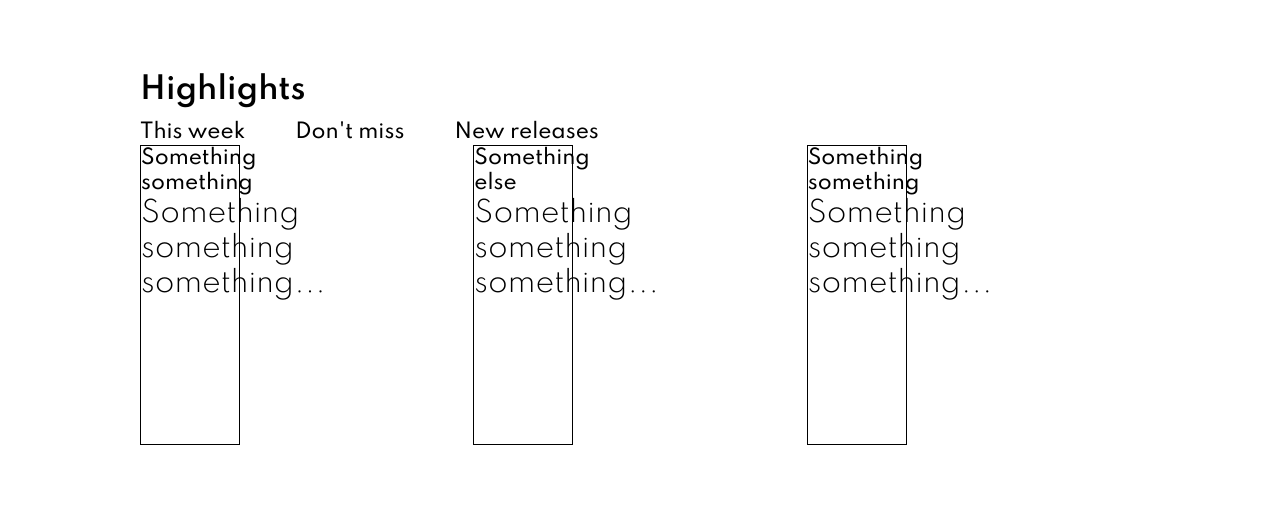
Repository: vvogt/fameworks_vv
Page: /
These files come from the project's save history. The page is drawn as it stood at one moment and after the next save; the edit follows.
The browser window is 1280 px wide. The pictures show the part of the page from y = 607 to 1112 px (the page is 1112 px tall).
Pictures or frames that could not be fetched are drawn as grey boxes. The project was rebuilt for these pictures with package versions that can differ from the ones it lists, and the page was loaded fresh each time. Also part of the build but not shown: src/components/NotFound.js. Imported but missing from the stored project, and not drawn on this page: src/assets/videos/seald_fullhd.mp4.

Above is the page before, as saved 2020-04-10 22:42:10.

### public/index.html
<!DOCTYPE html>
<html lang="en">
  <head>
    <meta charset="utf-8" />
    <link rel="icon" href="%PUBLIC_URL%/favicon.ico" />
    <link href="https://fonts.googleapis.com/css2?family=Spartan:wght@200;300;400;500;531;600;700;800;900&display=swap"
      rel="stylesheet">
    <meta name="viewport" content="width=device-width, initial-scale=1" />
    <meta name="theme-color" content="#000000" />
    <meta
      name="description"
      content="Web site created using create-react-app"
    />
    <!--
      manifest.json provides metadata used when your web app is installed on a
      user's mobile device or desktop. See https://developers.google.com/web/fundamentals/web-app-manifest/
    -->
    <link rel="manifest" href="%PUBLIC_URL%/manifest.json" />
    <!--
      Notice the use of %PUBLIC_URL% in the tags above.
      It will be replaced with the URL of the `public` folder during the build.
      Only files inside the `public` folder can be referenced from the HTML.

      Unlike "/favicon.ico" or "favicon.ico", "%PUBLIC_URL%/favicon.ico" will
      work correctly both with client-side routing and a non-root public URL.
      Learn how to configure a non-root public URL by running `npm run build`.
    -->
  </head>
  <body>
    <noscript>You need to enable JavaScript to run this app.</noscript>
    <div id="root"></div>
    <!--
      This HTML file is a template.
      If you open it directly in the browser, you will see an empty page.

      You can add webfonts, meta tags, or analytics to this file.
      The build step will place the bundled scripts into the <body> tag.

      To begin the development, run `npm start` or `yarn start`.
      To create a production bundle, use `npm run build` or `yarn build`.
    -->
  </body>
</html>

### src/index.js
import React from 'react';
import { render } from 'react-dom';
import './scss/global.scss';
import Router from './components/Router';
import * as serviceWorker from './serviceWorker';

render(<Router />, document.querySelector('#root'));

// If you want your app to work offline and load faster, you can change
// unregister() to register() below. Note this comes with some pitfalls.
// Learn more about service workers: https://bit.ly/CRA-PWA
serviceWorker.unregister();

### src/scss/global.scss
// # SETTINGS
@import 'settings.variables';

// # TOOLS
@import 'tools.mixins';
@import 'tools.units';

// # BASE
@import 'base.normalize';
@import 'base.reset';
@import 'base.body';

//COMPONENTS

@import 'components.header';
@import 'components.hero';
@import 'components.section';

### src/components/Router.js
import React from 'react';
import { BrowserRouter, Route, Switch } from 'react-router-dom';
import Main from './Main';
import NotFound from './NotFound';

const Router = () => (
  <BrowserRouter>
    <Switch>
      <Route exact path="/" component={Main} />
      <Route component={NotFound} />
    </Switch>
  </BrowserRouter>
);

export default Router;

### src/scss/_settings.variables.scss
/* ------------------------------------------
   settings.VARIABLES
------------------------------------------ */

// Fonts
$font: 'Spartan', sans-serif;

$font_btn: rem-calc(15);

// Colors
$black: #000000;
$white: #ffffff;
$orange: #ff5900;
$orange-drkr: #e65000;

// Layout
$gutter: 20px;

// Animations
$transition-in: 0.1s;
$transition-out: 0.3s;

// Box Shadow
$shadow_light: 1px 2px 2px rgba($black, 0.1);
$shadow_dark: 1px 2px 2px rgba($black, 0.2);

// Padding
$padding_lr_1: 240px;
$padding_lr_2: 140px;
$padding_lr_3: 80px;
$padding_lr_4: 20px;

$padding_lr: 20px, 80px, 140px, 240px;

### src/scss/_tools.mixins.scss
/* ------------------------------------------
   tools.MIXINS
------------------------------------------ */

@mixin clearfix() {
  &:before, &:after {
    content: " ";
    display: table;
  }
  &:after {
    clear: both;
  }
}

@mixin un-clearfix() {
  &:before, &:after {
    content: none;
    display: auto;
  }
  &:after {
    clear: none;
  }
}

// Image Replacement

@mixin ir() {
  border: 0;
  font: 0/0 a;
  text-shadow: none;
  color: transparent;
  // background: url(test.png);
  // width: 300px;
  // height: 75px;
}

// Hide only visually, but have it available for screen readers:
// http://snook.ca/archives/html_and_css/hiding-content-for-accessibility

@mixin visuallyhidden() {
    border: 0;
    clip: rect(0 0 0 0);
    height: 1px;
    margin: -1px;
    overflow: hidden;
    padding: 0;
    position: absolute;
    width: 1px;
}


//  ## Media query and orietation mixins
//  ==================================================
//  http://alwaystwisted.com/post.php?s=2013-04-01-my-media-query-mixin


@mixin mq($point, $query1: min, $query2: width) {
  @media screen and (#{$query1}-#{$query2}: strip-unit($point) / 16 +em) {
    @content;
  }
}

@mixin orient($orientation: landscape) {
  @media (orientation : $orientation) {
    @content;
  }
}

@mixin setLRPadding($padding-lr4: 20px, $padding-lr3: 80px, $padding-lr2: 140px, $padding-lr1: 240px) {
  padding-left: $padding-lr4;
  padding-right: $padding-lr4;

   @include mq(600) {
      padding-left: $padding-lr3;
      padding-right: $padding-lr3;
   }

   @include mq(1000) {
      padding-left: $padding-lr2;
      padding-right: $padding-lr2;
   }

   @include mq(1400) {
      padding-left: $padding-lr1;
      padding-right: $padding-lr1;
   }
}

### src/scss/_tools.units.scss
// Foundation for Sites by ZURB
// foundation.zurb.com
// Licensed under MIT Open Source

////
/// @group functions
////

$global-font-size: 100% !default;

// scss-lint:disable ZeroUnit

/// Removes the unit (e.g. px, em, rem) from a value, returning the number only.
///
/// @param {Number} $num - Number to strip unit from.
///
/// @returns {Number} The same number, sans unit.
@function strip-unit($num) {
  @return $num / ($num * 0 + 1);
}

/// Converts one or more pixel values into matching rem values.
///
/// @param {Number|List} $values - One or more values to convert. Be sure to separate them with spaces and not commas. If you need to convert a comma-separated list, wrap the list in parentheses.
/// @param {Number} $base [null] - The base value to use when calculating the `rem`. If you're using Foundation out of the box, this is 16px. If this parameter is `null`, the function will reference the `$base-font-size` variable as the base.
///
/// @returns {List} A list of converted values.
@function rem-calc($values, $base: null) {
  $rem-values: ();
  $count: length($values);

  // If no base is defined, defer to the global font size
  @if $base == null {
    $base: $global-font-size;
  }

  // If the base font size is a %, then multiply it by 16px
  // This is because 100% font size = 16px in most all browsers
  @if unit($base) == '%' {
    $base: ($base / 100%) * 16px;
  }

  @if $count == 1 {
    @return -zf-to-rem($values, $base);
  }

  @for $i from 1 through $count {
    $rem-values: append($rem-values, -zf-to-rem(nth($values, $i), $base));
  }

  @return $rem-values;
}

// Converts a unitless, pixel, or rem value to em, for use in breakpoints.
@function -zf-bp-to-em($value) {
  // Pixel and unitless values are converted to rems
  @if unit($value) == 'px' or unitless($value) {
    $value: rem-calc($value, $base: 16px);
  }

  // Then the value is converted to ems
  @return strip-unit($value) * 1em;
}

/// Converts a pixel value to matching rem value. *Any* value passed, regardless of unit, is assumed to be a pixel value. By default, the base pixel value used to calculate the rem value is taken from the `$global-font-size` variable.
/// @access private
///
/// @param {Number} $value - Pixel value to convert.
/// @param {Number} $base [null] - Base for pixel conversion.
///
/// @returns {Number} A number in rems, calculated based on the given value and the base pixel value. rem values are passed through as is.
@function -zf-to-rem($value, $base: null) {
  // Check if the value is a number
  @if type-of($value) != 'number' {
    @warn inspect($value) + ' was passed to rem-calc(), which is not a number.';
    @return $value;
  }

  // Calculate rem if units for $value is not rem
  @if unit($value) != 'rem' {
    $value: strip-unit($value) / strip-unit($base) * 1rem;
  }

  // Turn 0rem into 0
  @if $value == 0rem {
    $value: 0;
  }

  @return $value;
}

### src/scss/_base.normalize.scss
/* ------------------------------------------
   settings.NORMALIZE
------------------------------------------ */

/*! normalize.css v4.1.1 | MIT License | github.com/necolas/normalize.css */

/**
 * 1. Change the default font family in all browsers (opinionated).
 * 2. Prevent adjustments of font size after orientation changes in IE and iOS.
 */

 html {
  font-family: sans-serif; /* 1 */
  -ms-text-size-adjust: 100%; /* 2 */
  -webkit-text-size-adjust: 100%; /* 2 */
}

/**
 * Remove the margin in all browsers (opinionated).
 */

body {
  margin: 0;
}

/* HTML5 display definitions
   ========================================================================== */

/**
 * Add the correct display in IE 9-.
 * 1. Add the correct display in Edge, IE, and Firefox.
 * 2. Add the correct display in IE.
 */

article,
aside,
details, /* 1 */
figcaption,
figure,
footer,
header,
main, /* 2 */
menu,
nav,
section,
summary { /* 1 */
  display: block;
}

/**
 * Add the correct display in IE 9-.
 */

audio,
canvas,
progress,
video {
  display: inline-block;
}

/**
 * Add the correct display in iOS 4-7.
 */

audio:not([controls]) {
  display: none;
  height: 0;
}

/**
 * Add the correct vertical alignment in Chrome, Firefox, and Opera.
 */

progress {
  vertical-align: baseline;
}

/**
 * Add the correct display in IE 10-.
 * 1. Add the correct display in IE.
 */

template, /* 1 */
[hidden] {
  display: none;
}

/* Links
   ========================================================================== */

/**
 * 1. Remove the gray background on active links in IE 10.
 * 2. Remove gaps in links underline in iOS 8+ and Safari 8+.
 */

a {
  background-color: transparent; /* 1 */
  -webkit-text-decoration-skip: objects; /* 2 */
}

/**
 * Remove the outline on focused links when they are also active or hovered
 * in all browsers (opinionated).
 */

a:active,
a:hover {
  outline-width: 0;
}

/* Text-level semantics
   ========================================================================== */

/**
 * 1. Remove the bottom border in Firefox 39-.
 * 2. Add the correct text decoration in Chrome, Edge, IE, Opera, and Safari.
 */

abbr[title] {
  border-bottom: none; /* 1 */
  text-decoration: underline; /* 2 */
  text-decoration: underline dotted; /* 2 */
}

/**
 * Prevent the duplicate application of `bolder` by the next rule in Safari 6.
 */

b,
strong {
  font-weight: inherit;
}

/**
 * Add the correct font weight in Chrome, Edge, and Safari.
 */

b,
strong {
  font-weight: bolder;
}

/**
 * Add the correct font style in Android 4.3-.
 */

dfn {
  font-style: italic;
}

/**
 * Correct the font size and margin on `h1` elements within `section` and
 * `article` contexts in Chrome, Firefox, and Safari.
 */

h1 {
  font-size: 2em;
  margin: 0.67em 0;
}

/**
 * Add the correct background and color in IE 9-.
 */

mark {
  background-color: #ff0;
  color: #000;
}

/**
 * Add the correct font size in all browsers.
 */

small {
  font-size: 80%;
}

/**
 * Prevent `sub` and `sup` elements from affecting the line height in
 * all browsers.
 */

sub,
sup {
  font-size: 75%;
  line-height: 0;
  position: relative;
  vertical-align: baseline;
}

sub {
  bottom: -0.25em;
}

sup {
  top: -0.5em;
}

/* Embedded content
   ========================================================================== */

/**
 * Remove the border on images inside links in IE 10-.
 */

img {
  border-style: none;
}

/**
 * Hide the overflow in IE.
 */

svg:not(:root) {
  overflow: hidden;
}

/* Grouping content
   ========================================================================== */

/**
 * 1. Correct the inheritance and scaling of font size in all browsers.
 * 2. Correct the odd `em` font sizing in all browsers.
 */

code,
kbd,
pre,
samp {
  font-family: monospace, monospace; /* 1 */
  font-size: 1em; /* 2 */
}

/**
 * Add the correct margin in IE 8.
 */

figure {
  margin: 1em 40px;
}

/**
 * 1. Add the correct box sizing in Firefox.
 * 2. Show the overflow in Edge and IE.
 */

hr {
  box-sizing: content-box; /* 1 */
  height: 0; /* 1 */
  overflow: visible; /* 2 */
}

/* Forms
   ========================================================================== */

/**
 * 1. Change font properties to `inherit` in all browsers (opinionated).
 * 2. Remove the margin in Firefox and Safari.
 */

button,
input,
select,
textarea {
  font: inherit; /* 1 */
  margin: 0; /* 2 */
}

/**
 * Restore the font weight unset by the previous rule.
 */

optgroup {
  font-weight: bold;
}

/**
 * Show the overflow in IE.
 * 1. Show the overflow in Edge.
 */

button,
input { /* 1 */
  overflow: visible;
}

/**
 * Remove the inheritance of text transform in Edge, Firefox, and IE.
 * 1. Remove the inheritance of text transform in Firefox.
 */

button,
select { /* 1 */
  text-transform: none;
}

/**
 * 1. Prevent a WebKit bug where (2) destroys native `audio` and `video`
 *    controls in Android 4.
 * 2. Correct the inability to style clickable types in iOS and Safari.
 */

button,
html [type="button"], /* 1 */
[type="reset"],
[type="submit"] {
  -webkit-appearance: button; /* 2 */
}

/**
 * Remove the inner border and padding in Firefox.
 */

button::-moz-focus-inner,
[type="button"]::-moz-focus-inner,
[type="reset"]::-moz-focus-inner,
[type="submit"]::-moz-focus-inner {
  border-style: none;
  padding: 0;
}

/**
 * Restore the focus styles unset by the previous rule.
 */

button:-moz-focusring,
[type="button"]:-moz-focusring,
[type="reset"]:-moz-focusring,
[type="submit"]:-moz-focusring {
  outline: 1px dotted ButtonText;
}

/**
 * Change the border, margin, and padding in all browsers (opinionated).
 */

fieldset {
  border: 1px solid #c0c0c0;
  margin: 0 2px;
  padding: 0.35em 0.625em 0.75em;
}

/**
 * 1. Correct the text wrapping in Edge and IE.
 * 2. Correct the color inheritance from `fieldset` elements in IE.
 * 3. Remove the padding so developers are not caught out when they zero out
 *    `fieldset` elements in all browsers.
 */

legend {
  box-sizing: border-box; /* 1 */
  color: inherit; /* 2 */
  display: table; /* 1 */
  max-width: 100%; /* 1 */
  padding: 0; /* 3 */
  white-space: normal; /* 1 */
}

/**
 * Remove the default vertical scrollbar in IE.
 */

textarea {
  overflow: auto;
}

/**
 * 1. Add the correct box sizing in IE 10-.
 * 2. Remove the padding in IE 10-.
 */

[type="checkbox"],
[type="radio"] {
  box-sizing: border-box; /* 1 */
  padding: 0; /* 2 */
}

/**
 * Correct the cursor style of increment and decrement buttons in Chrome.
 */

[type="number"]::-webkit-inner-spin-button,
[type="number"]::-webkit-outer-spin-button {
  height: auto;
}

/**
 * 1. Correct the odd appearance in Chrome and Safari.
 * 2. Correct the outline style in Safari.
 */

[type="search"] {
  -webkit-appearance: textfield; /* 1 */
  outline-offset: -2px; /* 2 */
}

/**
 * Remove the inner padding and cancel buttons in Chrome and Safari on OS X.
 */

[type="search"]::-webkit-search-cancel-button,
[type="search"]::-webkit-search-decoration {
  -webkit-appearance: none;
}

/**
 * Correct the text style of placeholders in Chrome, Edge, and Safari.
 */

::-webkit-input-placeholder {
  color: inherit;
  opacity: 0.54;
}

/**
 * 1. Correct the inability to style clickable types in iOS and Safari.
 * 2. Change font properties to `inherit` in Safari.
 */

::-webkit-file-upload-button {
  -webkit-appearance: button; /* 1 */
  font: inherit; /* 2 */
}

### src/scss/_base.reset.scss
/* ------------------------------------------
  generic.RESET
------------------------------------------ */

* {
  box-sizing: border-box;
}

img,
iframe {
  max-width: 100%;
  height: auto;
}

h1,h2,h3,h4,h5,h6,
p,blockquote,pre,
dl,dd,ol,ul,
form,fieldset,legend,
table,th,td,caption,
hr,figure {
  margin:0;
  padding:0;
}

li {
  list-style: none;
}

::selection {

}

### src/scss/_base.body.scss
body {
  font-family: $font;
  font-size: rem-calc(14);
  line-height: rem-calc(18);
  font-weight: 400;
  color: $black;
  background-color: $white;
  margin: 0px;
  padding: 0px;
}

p {
  font-family: $font;
  font-size: rem-calc(20);
  line-height: rem-calc(26);
  color: $black;
  font-weight: 355;

  @include mq(350) {
    font-size: rem-calc(24);
    line-height: rem-calc(30);
  }

  @include mq(1000) {
    font-size: rem-calc(28);
    line-height: rem-calc(35);
  }
}

a {
  color: $black;
  text-decoration: none;

  &:hover {
    text-decoration: none;
    color: $white;
  }
}

h1,
h2,
h3,
h4,
h5 {
  font-weight: 500;
}

h1 {
  font-weight: 1000;
  font-size: rem-calc(35);
  line-height: rem-calc(43);

  @include mq(750) {
    font-size: rem-calc(45);
    line-height: rem-calc(55);
  }

  @include mq(950) {
    font-size: rem-calc(60);
    line-height: rem-calc(70);
  }

  @include mq(1100) {
    font-size: rem-calc(70);
    line-height: rem-calc(82);
  }

}

h2 {
  font-size: rem-calc(36);
  line-height: rem-calc(40);
  font-weight: 600;
  color: $black;

  @include mq(700) {
    font-size: rem-calc(46);
    line-height: rem-calc(50);
  }

  @include mq(1000) {
    font-size: rem-calc(56);
    line-height: rem-calc(60);
  }


}

h2+p {
  margin-top: 20px;

  @include mq(1000) {
    margin-top: 45px;
  }
}

h3 {
  font-size: rem-calc(20);
  line-height: rem-calc(25);
}

h4 {
  font-size: rem-calc(18);
  line-height: rem-calc(21);
}

h5 {
  font-size: rem-calc(14);
  line-height: rem-calc(18);
}

.wrapper {
  width: 100%;
  margin: 0 auto;
  background-color: $white;
  overflow: hidden;
}

### src/scss/_components.header.scss
.header {
   background-color: $orange;
   width: 100%;
   display: flex;
   flex-direction: column;
   color: white;

   &__main {
      height: 55px;
      width: 100%;
      display: flex;
      flex-direction: row;
      justify-content: space-between;
      align-items: center;
      padding-left: $padding-lr_4;
      padding-right: $padding-lr_4;

      @include mq(400) {
         height: 68.3px;
      }

      @include mq(500) {
         height: 81.6px;
      }

      @include setLRPadding($padding_lr);

      .logo {
         font-weight: 800;
         font-size: rem-calc(20);
         letter-spacing: rem-calc(-1.5);

         @include mq(400) {

         }

         @include mq(500) {

         }

         @include mq(600) {
            font-size: rem-calc(40);
         }
      }

      &__right {
         display: flex;
         flex-direction: row;
         flex-wrap: nowrap;
         align-items: center;
         justify-content: right;
         display: flex;

         @include mq(770) {
            width: 340px;
         }

         @include mq(1000) {
            width: 440px;
         }

         input {
            width: 220px;
            height: 42.5px;
            border-radius: 4px;
            box-shadow: inset 0 0 20px rgba(0,0,0,0.1);
            background-color: $orange-drkr;
            border: 1px solid;
            border-color: rgba(0,0,0,0.1);
            color: $white;
            padding: 0px 15px;
            line-height: 1;
            padding: .75em 1em;
            font-weight: 300;
            transition: background-color 0.2s ease-in;

            @include mq(1000) {
               width: 320px;
            }

            &:focus {
               outline: none;
               background-color: darken($orange-drkr, 5%);
               transition: background-color 0.1s ease-in;

            }
         }

         .search-icon {
            width: 20px;
            height: 20px;
         }

         .login {
            display: flex;
            flex-direction: row;
            flex-wrap: nowrap;
            align-items: center;
            font-weight: 800;
            margin-left: 20px;
            white-space: nowrap;

            img {
               position: relative;
               width: 30px;
               height: 30px;

               @include mq(770) {
                  top: -3px;
                  width: 20px;
                  height: 20px;
                  margin-left: 0px;
                  margin-right: 5px;
               }
            }

            span {
               display: none;

               @include mq(770) {
                  display: inline;
               }
            }
         }

         .search-icon {
            display: inline;
            width: 30px;
            height: 30px;

            @include mq(770) {
               display: none;
            }
         }

         input {
            display: none;

            @include mq(770) {
               display: inline;
            }
         }
      }
   }

   &__nav {
      height: 55px;
      border-top: 1px $white solid;
      border-color: rgba(255, 255, 255, 0.5);
      padding-left: $padding-lr_4;
      overflow: scroll;
      -ms-overflow-style: none;  // IE 10+
      overflow: -moz-scrollbars-none;  // Firefox

      &::-webkit-scrollbar {
         display: none;
      }

      @include mq(600) {
         padding-left: $padding-lr_3;
      }

      @include mq(1000) {
         padding-left: $padding-lr_2;
      }

      @include mq(1400) {
         padding-left: $padding-lr_1;
      }

      ul {
         font-weight: 800;
         display: flex;
         flex-direction: row;
         width: 1000px;
         height: 100%;
         justify-content: space-between;
         align-items: center;
      }
   }
}

### src/scss/_components.hero.scss
.hero {
   background-color: rgb(104, 104, 104);
   height: 300px;
   position: relative;

   @include setLRPadding();

   @include mq(750) {
      height: calc(100vh - 250px);
   }

   &__content {
      position: absolute;
      z-index: 2;
      margin-top: 200px;
      margin-bottom: 200px;

      h1, p {
         color: $white;
      }

      p {
         width: 70%;
      }
   }

   &__bgVideo {
      position: absolute;
      object-fit: cover;
      left: 0;
      right: 0;
      width: 100%;
      height: 100%;
      background-position: center;
   }
}

### src/scss/_components.section.scss
.section_highlights {
   padding-top: rem-calc(60);
   padding-bottom: rem-calc(60);
   @include setLRPadding($padding_lr);

   .articlePreviews {

      ul {
         width: 100%;
         display: flex;
         flex-direction: row;
         flex-wrap: none;
      }
   }

   .articlePreview {
      width: 30%;
      height: 300px;
      border: 1px solid black;

      &__image {
         width: 100%;
         height: rem-calc(100);
         background-color: rgb(109, 109, 109);
      }
   }

   .categoryTabs {
      width: 100%;

      ul {
         display: flex;
         flex-direction: row;
         -ms-flex-align: left;

         li {
            padding-right: 50px;
         }
      }
   }

   h2 {
      font-size: rem-calc(30);
   }
}

### src/components/Header.js
import React from 'react';
import Login from '../assets/icons/icon_login_150x150.svg';
import Search from '../assets/icons/icon_search_150x150.svg';

class Header extends React.Component {
   render() {
      return (
        <div className="header">
          <div className="header__main">
            <div className="logo">bardican</div>
            <div className="header__main__right">
              <input
                className="search"
                type="text"
                style={{
                   backgroundImage: `url(${Search})`,
                   backgroundRepeat: `no-repeat`,
                   backgroundPosition: `right 12px bottom 11px`,
                   backgroundSize: `20px 20px`
               }}
              />
              <img className="search-icon" src={Search} alt="search icon" />
              <div className="login">
                <img className="login-icon" src={Login} alt="log in icon" />
                <span>Log In</span>
              </div>
            </div>
          </div>
          <div className="header__nav">
             <ul>
                <li>What's on</li>
                <li>Your visit</li>
                <li>Join & support</li>
                <li>Take part</li>
                <li>Our story</li>
                <li>Hire</li>
                <li>Read, watch & listen</li>
                <li>Shop</li>
             </ul>
          </div>
        </div>
      );
   }
}

export default Header;

### src/components/Hero.js
import React from 'react';



class Hero extends React.Component {
  insertBreak = text => {
    let lines = text.split("<br>");
    return (
      <span key={lines[0]}>
        {lines[0]} <br key={lines[0]} /> {lines[1]}
      </span>
    );
  };

  render() {
    const title = this.props.title;
    const text = this.props.text;
    const video = this.props.bgVideo;

    return (
      <div className="hero">
        <div className="hero__content">
          <h1>{this.insertBreak(title)}</h1>
          <p>{text}</p>
        </div>
        <video className="hero__bgVideo" autoPlay muted loop>
          <source src={video} type="video/mp4" />
        </video>
      </div>
    );
  }
}

export default Hero;

Loaded but not shown: src/serviceWorker.js (common file); src/components/Main.js (142 lines, source omitted); src/components/Section.js (90 lines, source omitted)

After the next save:
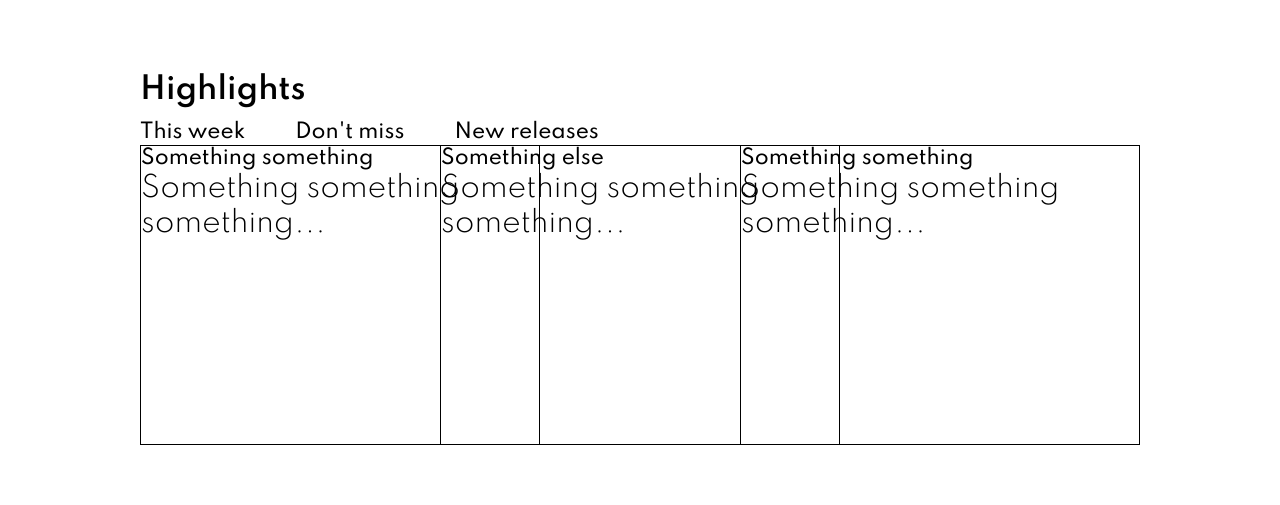
Saved 67 s later.
--- a/src/scss/_components.section.scss
+++ b/src/scss/_components.section.scss
@@ -10,11 +10,15 @@
          display: flex;
          flex-direction: row;
          flex-wrap: none;
+
+         li {
+            width: 30%;
+         }
       }
    }
 
    .articlePreview {
-      width: 30%;
+      width: 400px;
       height: 300px;
       border: 1px solid black;
 
